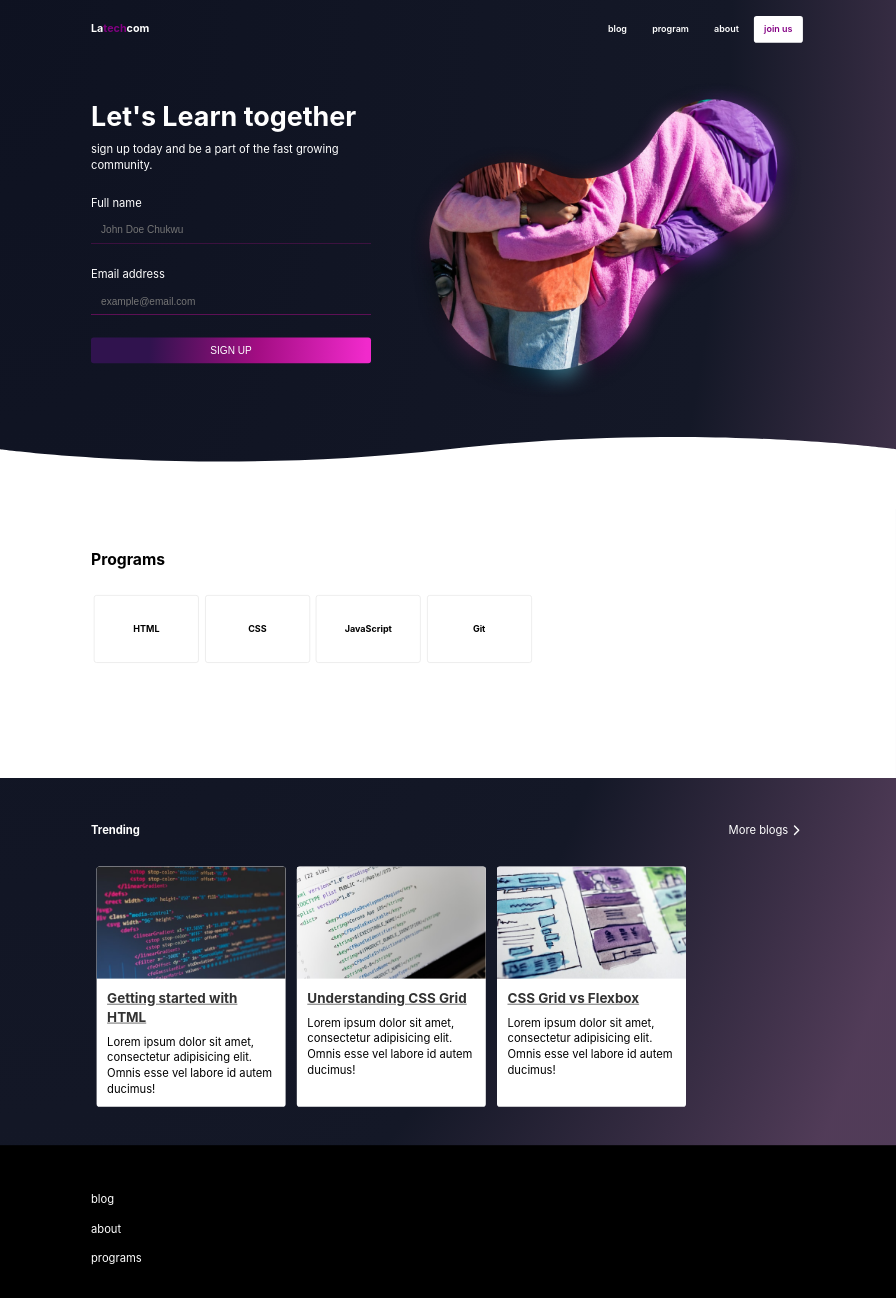
Repository: giprim/community
Page: /
The author's editor kept a copy of each file at every save. The page is drawn from the files as they stood at one save, then again after the next save.
The browser window is 1280 px wide. The pictures show the whole page, at 70% of full size.
The project was rebuilt for these pictures with package versions that can differ from the ones it lists, and the page was loaded fresh each time. Also part of the build but not shown: src/App.css.

Above is the page before, as saved 2020-10-25 23:18:22.

### src/index.css
* {
  padding: 0;
  margin: 0;
  box-sizing: border-box;
  line-height: 140%;
}

html {
  scroll-behavior: smooth;
}

body {
  font-family: -apple-system, BlinkMacSystemFont, "Segoe UI", "Roboto", "Oxygen",
    "Ubuntu", "Cantarell", "Fira Sans", "Droid Sans", "Helvetica Neue",
    sans-serif;
  -webkit-font-smoothing: antialiased;
  -moz-osx-font-smoothing: grayscale;

  background: radial-gradient(
      115.04% 150.55% at 0% -2.74%,
      #0e1221 0%,
      #141827 70.94%,
      #1d0126c4 100%
    )
    no-repeat;

  height: 100%;
}

code {
  font-family: source-code-pro, Menlo, Monaco, Consolas, "Courier New",
    monospace;
}

### src/App.tsx
import styled from '@emotion/styled';
import React from 'react';
import './App.css';
import Banner from './components/Banner';
import BlogCard from './components/BlogCard';
import Navbar from './components/Navbar';
import Programs from './components/Programs';
import whiteBg from './images/whitebg.svg';

import startHtml from './images/starthtml.png';
import cssgrid from './images/cssgrid.png';
import flexbox from './images/flexbox.png';
import { Link } from 'react-router-dom';
import { ChevronRight } from 'react-feather';
import Footer from './components/Footer';

let text = `Lorem ipsum dolor sit amet, consectetur adipisicing elit. Omnis esse vel labore id autem ducimus!`;

let data = [
  {
    title: 'Getting started with HTML',
    image: startHtml,
    text: text,
  },
  {
    title: 'Understanding CSS Grid',
    image: cssgrid,
    text: text,
  },
  {
    title: 'CSS Grid vs Flexbox',
    image: flexbox,
    text: text,
  },
];

function App() {
  return (
    <StyledFluidContainer>
      <StyledContainer>
        <Navbar />
        <Banner />
      </StyledContainer>
      <div className='whitebg'>
        <StyledContainer id='program'>
          <Programs />
        </StyledContainer>
      </div>

      <StyledContainer>
        <StyledTrending>
          <h4>Trending</h4>

          <Link to='/blog'>
            <span>More blogs</span> <ChevronRight />
          </Link>
        </StyledTrending>
        <StyledBlogGrid>
          {data.map(({ title, image, text }) => (
            <BlogCard key={title} image={image} clue={text} title={title} />
          ))}
        </StyledBlogGrid>
      </StyledContainer>
      <Footer />
    </StyledFluidContainer>
  );
}

export default App;

export const StyledContainer = styled('div')<{ onPadding?: boolean }>`
  margin: 0 auto;
  max-width: 380px;
  padding: ${({ onPadding }) => (onPadding ? '0px' : '15px')};
  @media (min-width: 700px) {
    max-width: 520px;
  }
  @media (min-width: 1000px) {
    max-width: 1050px;
  }
`;

const StyledFluidContainer = styled('div')`
  width: 100%;

  .whitebg {
    background: url(${whiteBg}) no-repeat;
    background-size: cover;
    padding: 9em 0;
  }
`;

const StyledBlogGrid = styled('div')`
  padding: 2em 0em;
  overflow-x: auto;
  display: flex;
  flex-direction: row;
`;

const StyledTrending = styled('div')`
  padding-top: 3em;
  display: flex;
  justify-content: space-between;
  align-items: center;
  * {
    color: #fff;
  }

  a {
    display: flex;
    align-items: center;
    text-decoration: none;
    :hover {
      text-decoration: underline;
    }
  }
`;

### src/components/Banner.tsx
import React, { useEffect, useState } from "react";
import styled from "@emotion/styled";
import desktopImg from "../images/desktopBanner.png";
import mobileImg from "../images/bannerMobile.png";
import { StyledContainer } from "../App";
const Banner: React.FC = () => {
  const [mobile, setmobile] = useState(false);
  useEffect(() => {
    windowWidth();
  }, []);
  let windowWidth = () => {
    let win = window.innerWidth;
    if (win < 768) setmobile(true);
    else setmobile(false);
  };
  window.addEventListener("resize", windowWidth);

  return (
    <StyledBanner>
      <div className='caption'>
        <h2>Let's Learn together</h2>
        <p>sign up today and be a part of the fast growing community.</p>

        <form>
          <div className='inputbox'>
            <label htmlFor='fullname'>Full name</label>
            <input
              required
              id='fullname'
              type='text'
              placeholder='John Doe Chukwu'
            />
          </div>
          <div className='inputbox'>
            <label htmlFor='email'>Email address</label>
            <input
              required
              id='email'
              type='email'
              placeholder='example@email.com'
            />
          </div>
          <div className='inputbox'>
            <input type='submit' value='SIGN UP' />
          </div>
        </form>
      </div>

      <div>
        {mobile ? (
          <img src={mobileImg} alt='imagemobile' />
        ) : (
          <img src={desktopImg} alt='imagedesktop' />
        )}
      </div>
    </StyledBanner>
  );
};

export default Banner;

const StyledBanner = styled("div")`
  display: flex;
  justify-content: space-between;
  align-items: center;
  color: white;
  flex-wrap: wrap-reverse;
  padding-top: 2em;
  padding-bottom: 2em;

  h2 {
    font-size: 2em;
    margin-bottom: 0.2em;
  }
  p {
    max-width: 400px;
  }

  img {
    width: 100%;
    position: relative;
    left: 0;
    right: 0;
    /* margin-left: -15px; */
  }

  .caption {
    max-width: 400px;
  }

  .inputbox {
    margin: 2rem auto;

    label,
    input {
      display: block;
      width: 100%;
    }

    input {
      padding: 0.6em 1em;
      background: none;
      border: none;
      border-bottom: 1px #a30d83 solid;
      color: #fff;
      margin-top: 0.6em;
      margin-bottom: 0.3em;
      font-size: 0.9rem;
      transition: 0.073s ease-in;
      border-radius: 4px 4px 0 0;
      :hover,
      :focus {
        background: #ffffff13;
        border: none;
        border-radius: 4px;
      }
    }
  }
  input[type="submit"] {
    background: linear-gradient(
      93.1deg,
      #30134e 21%,
      #a30d83 59.35%,
      #f12acc 98.27%
    );
    border-radius: 4px;
    transition: 0.273s ease-in;
    border: none;
    :hover {
      background: #30134e;
    }
  }

  @media (min-width: 768px) {
    h2 {
      font-size: 2.4em;
    }
    .caption {
      padding: 0;
    }

    img {
      width: 100%;
    }
  }
`;

### src/components/BlogCard.tsx
import React from "react";
import styled from "@emotion/styled";

interface IBlogCard {
  image: any;
  title: string;
  clue: string;
}

const BlogCard: React.FC<IBlogCard> = ({ image, title, clue }) => {
  return (
    <StyledCard>
      <img src={image} alt={title} />
      <div>
        <h4>{title}</h4>
        <p>{clue}</p>
      </div>
    </StyledCard>
  );
};

export default BlogCard;

const StyledCard = styled("div")`
  width: 100%;
  display: inline-block;
  overflow: hidden;
  background: white;
  border-radius: 4px;
  padding-bottom: 15px;
  margin: 0.5em;
  flex-basis: 270px;
  flex-shrink: 0;
  img {
    width: 100%;
    height: 160px;
    object-fit: cover;
    object-position: center;
  }
  div {
    padding: 0 15px;
    h4 {
      font-size: 1.2rem;
      color: #323232;
      padding: 10px 0;
      text-decoration: underline;
    }
  }
`;

### src/components/Navbar.tsx
import React, { useState } from "react";
import styled from "@emotion/styled";
import { NavLink } from "react-router-dom";
import { HashLink } from "react-router-hash-link";
import { Menu } from "react-feather";

const Navbar = () => {
  const [visible, setVisible] = useState(false);
  return (
    <StyledNav>
      <NavLink to='/'>
        <Logo>
          La<span>tech</span>com
        </Logo>
      </NavLink>

      <MenuButton onClick={() => setVisible((prev) => !prev)}>
        <Menu />
      </MenuButton>
      <LinkSection show={visible}>
        <li>
          <NavLink to='/blog'>blog</NavLink>
        </li>
        <li>
          <HashLink to='/#program'>program</HashLink>
        </li>
        <li>
          <NavLink to='/about'>about</NavLink>
        </li>
        <li>
          <NavLink to='/signup'>join us</NavLink>
        </li>
      </LinkSection>
    </StyledNav>
  );
};

export default Navbar;

const StyledNav = styled("div")`
  font-size: 0.8rem;
  display: flex;
  flex-wrap: wrap;
  justify-content: space-between;
  margin-bottom: 1rem;
  vertical-align: middle;
  div {
    height: 100%;
  }
  a {
    text-decoration: none;
  }
`;

const Logo = styled("h3")`
  font-size: 1.2em;
  padding: 15px 0;
  color: white;
  span {
    color: purple;
  }
`;

const LinkSection = styled("ul")<any>`
  display: ${(props) => (props.show ? "block" : "none")};
  width: 100%;
  margin-top: 15px;
  transition: 0.23s linear;
  li {
    list-style: none;
    a {
      background: #840084;
      text-decoration: none;
      display: block;
      text-align: center;
      padding: 10px 5px;
      color: white;
      font-weight: 600;
      transition: 0.23s ease-out;
      :hover {
        background: #520052;
      }
    }
    :last-child {
      a {
        background: #ffffff;
        color: #840084;
        :hover {
          background: #ffffff99;
        }
      }
    }
  }
  @media (min-width: 834px) {
    display: inline-flex;
    width: auto;
    margin-top: 8px;
    li {
      a {
        background: #ffffff00;
        padding: 10px 15px;
        border-radius: 4px;
        margin: 0 3px;
        :hover {
          background: #840084;
        }
      }
    }
  }
`;

const MenuButton = styled("button")`
  display: none;
  border: none;
  border: 1px #ffffff55 solid;
  border-radius: 4px;
  background: #ffffff00;
  color: white;
  font-size: 1.1em;
  margin-top: 10px;
  padding: 5px 15px;
  line-height: 100%;
  transition: 0.23s ease-out;
  @media (max-width: 834px) {
    display: inline;
    :hover {
      background: #ffffffaa;
    }
  }
`;

### src/components/Programs.tsx
import React from "react";
import styled from "@emotion/styled";

const Programs: React.FC = () => {
  return (
    <StyledProgram>
      <h4>Programs</h4>

      <div className='flex'>
        <div>
          <h6>HTML</h6>
        </div>
        <div>
          <h6>CSS</h6>
        </div>
        <div>
          <h6>JavaScript</h6>
        </div>
        <div>
          <h6>Git</h6>
        </div>
      </div>
    </StyledProgram>
  );
};

export default Programs;

const StyledProgram = styled("div")`
  h4 {
    font-size: 1.4rem;
  }
  .flex {
    display: flex;
    flex-wrap: wrap;
    justify-content: safe;
    padding-top: 2em;
    div {
      font-size: 1.2rem;
      margin: 0.22em;
      width: 100%;
      max-width: 150px;
      display: flex;
      border: 1px #e5e5e5 solid;
      padding: 2em;
      border-radius: 4px;
      background: white;
      justify-content: center;
      align-items: center;
    }
  }
`;

### src/components/Footer.tsx
import styled from '@emotion/styled';
import React from 'react';
import { Link } from 'react-router-dom';
import { StyledContainer } from '../App';

const Footer = () => {
  return (
    <StyledFooter>
      <StyledContainer>
        <div className='flex'>
          <ul>
            <li>
              <Link to='/blog'>blog</Link>
            </li>
            <li>
              <Link to='/about'>about</Link>
            </li>
            <li>
              <Link to='/programs'>programs</Link>
            </li>
          </ul>
        </div>
      </StyledContainer>
    </StyledFooter>
  );
};

export default Footer;

const StyledFooter = styled('div')`
  background: black;
  padding: 2em 0;
  * {
    color: white;
  }

  ul {
    list-style: none;
    li {
      padding-top: 1.2em;
    }
  }

  a {
    text-decoration: none;
    :hover {
      text-decoration: underline;
    }
  }
`;

Loaded but not shown: public/index.html (common file); src/index.tsx (common file); src/reportWebVitals.ts (common file)

After the next save:
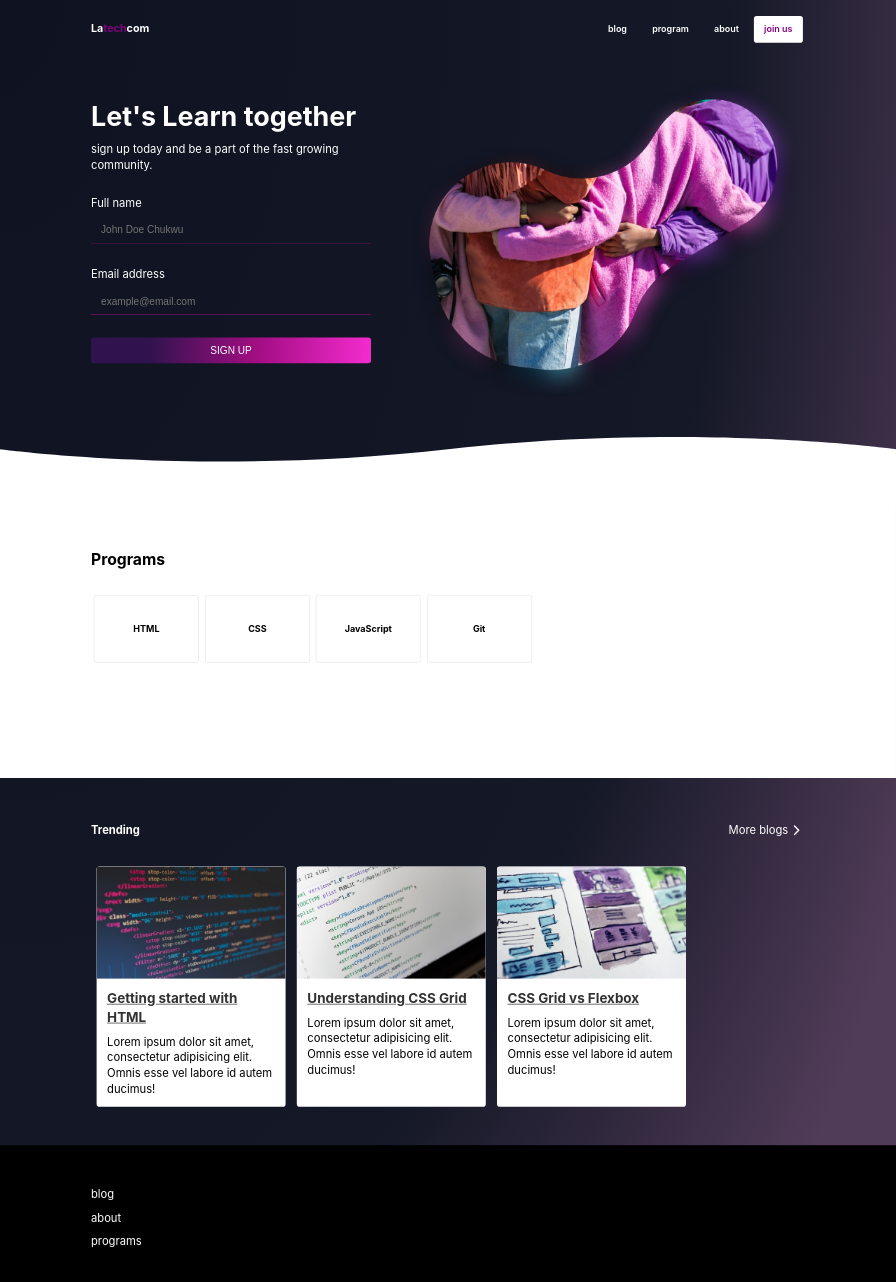
Saved 11 s later.
--- a/src/components/Footer.tsx
+++ b/src/components/Footer.tsx
@@ -37,7 +37,7 @@ const StyledFooter = styled('div')`
   ul {
     list-style: none;
     li {
-      padding-top: 1.2em;
+      padding-top: 0.7rem;
     }
   }
 
